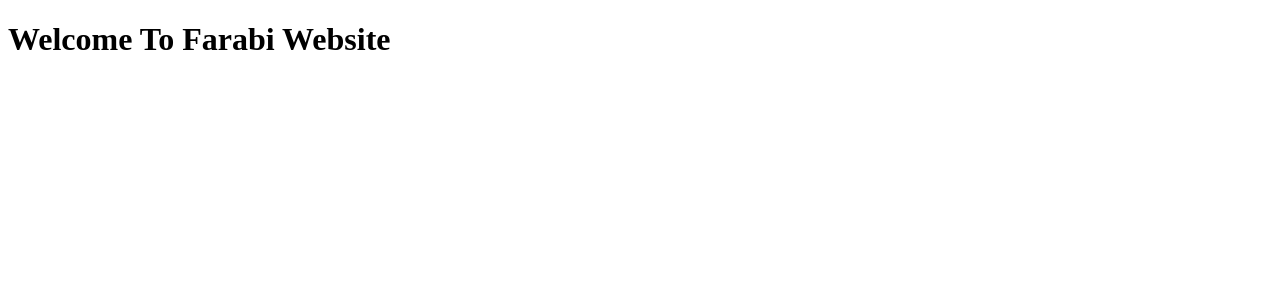
Repository: mohsinfarabi/web-portfolio
Page: index.html
These files come from the project's save history. The page is drawn as it stood at one moment and after a run of saves; the edit follows.
The browser window is 1280 px wide. The pictures show the whole page.

Above is the page before, as saved 2020-06-30 00:46:31.

After the next 2 saves:
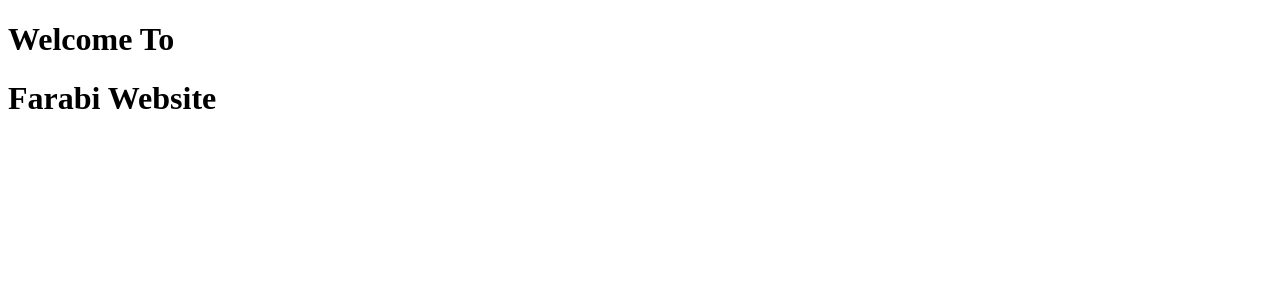
The 2 saves are shown as one change because they came seconds apart.
The last was saved 17 s later.
--- a/index.html
+++ b/index.html
@@ -9,7 +9,8 @@
 </head>
 
 <body>
-    <h1>Welcome To Farabi Website</h1>
+    <h1>Welcome To</h1>
+    <h1>Farabi Website</h1>
 </body>
 
 </html>
